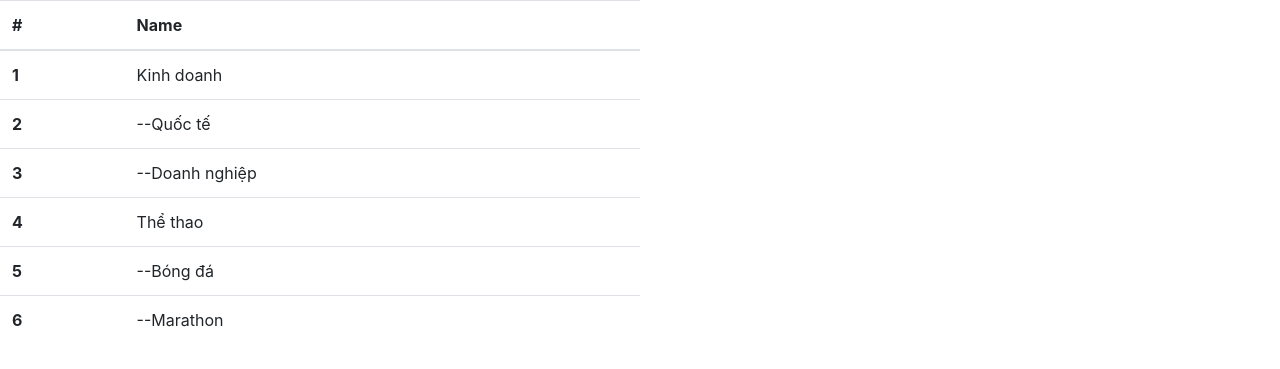
Repository: anhtu2110/backend
Page: http://localhost/backend/section-30_part_2/index.php
The author's editor kept a copy of each file at every save. The page is drawn from the files as they stood at one save, then again after the next save.
The browser window is 1280 px wide. The pictures show the whole page.
The page is run by PHP 8.4 with error messages shown; the project is at /var/www/html/.

Above is the page before, as saved 2022-12-06 16:28:52.

### section-30_part_2/index.php
<?php
// --Danh mục tin tức
// --Danh mục sản phẩm
// --Menu
$data = array(
    1 => array(
        'id' => 1,
        'name' => 'Kinh doanh',
        'parent_id' => 0,
    ),
    2 => array(
        'id' => 2,
        'name' => 'Thể thao',
        'parent_id' => 0,
    ),
    3 => array(
        'id' => 3,
        'name' => 'Quốc tế',
        'parent_id' => 1,
    ),
    4 => array(
        'id' => 4,
        'name' => 'Doanh nghiệp',
        'parent_id' => 1,
    ),
    5 => array(
        'id' => 5,
        'name' => 'Bóng đá',
        'parent_id' => 2,
    ),
    6 => array(
        'id' => 6,
        'name' => 'Marathon',
        'parent_id' => 2,
    ),
);
// $result = array(
//     1 => array(
//         'id' => 1,
//         'name' => 'Kinh doanh',
//         'parent_id' => 0,
//     ),
//     3 => array(
//         'id' => 3,
//         'name' => 'Quốc tế',
//         'parent_id' => 1,
//     ),
//     4 => array(
//         'id' => 4,
//         'name' => 'Doanh nghiệp',
//         'parent_id' => 1,
//     ),
//     2 => array(
//         'id' => 2,
//         'name' => 'Thể thao',
//         'parent_id' => 0,
//     ),
//     5 => array(
//         'id' => 5,
//         'name' => 'Bóng đá',
//         'parent_id' => 2,
//     ),
//     6 => array(
//         'id' => 6,
//         'name' => 'Marathon',
//         'parent_id' => 2,
//     ),
// );
function has_child($data, $id)
{
    foreach ($data as $v) {
        if ($v['parent_id'] == $id) {
            return true;
        }
    }
    return false;
}
function data_tree($data, $parent_id = 0, $level = 0)
{
    $result = array();
    foreach ($data as $v) {
        if ($v['parent_id'] == $parent_id) {
            $v['level'] = $level;
            $result[] = $v;
            if (has_child($data, $v['id'])) {
                // ++$level;
                $result_child = data_tree($data, $v['id'], $level + 1);
                $result = array_merge($result, $result_child);
                // --$level;
            }
        }
    }
    return $result;
}
function show_array($data)
{
    if (is_array($data)) {
        echo "<pre>";
        print_r($data);
        echo "</pre>";
    }
}
// echo "<pre>";
// print_r(data_tree($data, 0));
// show_array(data_tree($data, 0));
$result = data_tree($data);
?>
<!DOCTYPE html>
<html lang="en">

<head>
    <meta charset="UTF-8">
    <meta http-equiv="X-UA-Compatible" content="IE=edge">
    <meta name="viewport" content="width=device-width, initial-scale=1.0">
    <link rel="stylesheet" href="https://cdn.jsdelivr.net/npm/bootstrap@4.6.2/dist/css/bootstrap.min.css" integrity="sha384-xOolHFLEh07PJGoPkLv1IbcEPTNtaed2xpHsD9ESMhqIYd0nLMwNLD69Npy4HI+N" crossorigin="anonymous">
    <title>Document</title>
</head>

<body>
    <table class="table w-50">
        <thead>
            <tr>
                <th scope="col">#</th>
                <th scope="col">Name</th>
            </tr>
        </thead>
        <tbody>
            <?php
            unset($v);
            $i = 0;
            foreach ($result as $item) {
                ++$i;
            ?>
                <tr>
                    <th scope="row"><?php echo $i ?></th>
                    <td><?php echo str_repeat('--', $item['level']) . $item['name'] ?></td>
                </tr>
            <?php
            }
            ?>

        </tbody>
    </table>
</body>

</html>

After the next save:
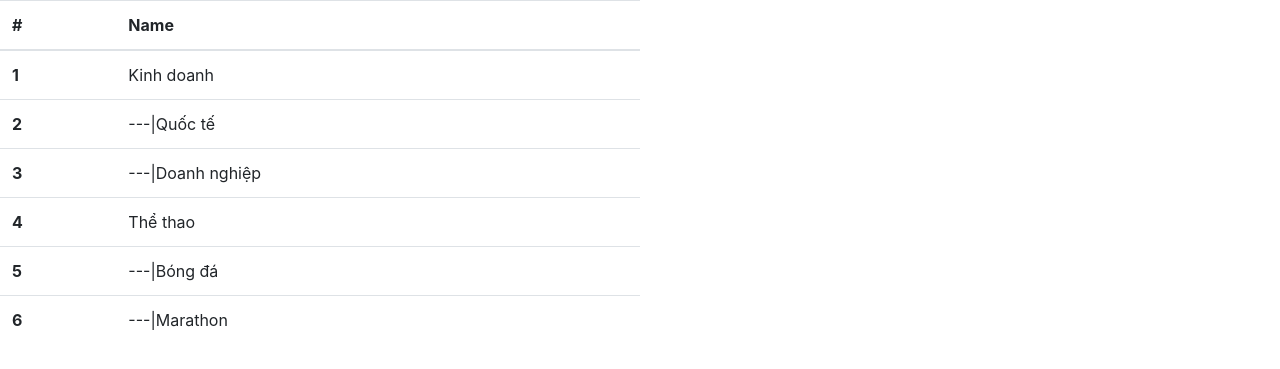
Saved 75 s later.
--- a/section-30_part_2/index.php
+++ b/section-30_part_2/index.php
@@ -133,7 +133,7 @@ $result = data_tree($data);
             ?>
                 <tr>
                     <th scope="row"><?php echo $i ?></th>
-                    <td><?php echo str_repeat('--', $item['level']) . $item['name'] ?></td>
+                    <td><?php echo str_repeat('---|', $item['level']) . $item['name'] ?></td>
                 </tr>
             <?php
             }
